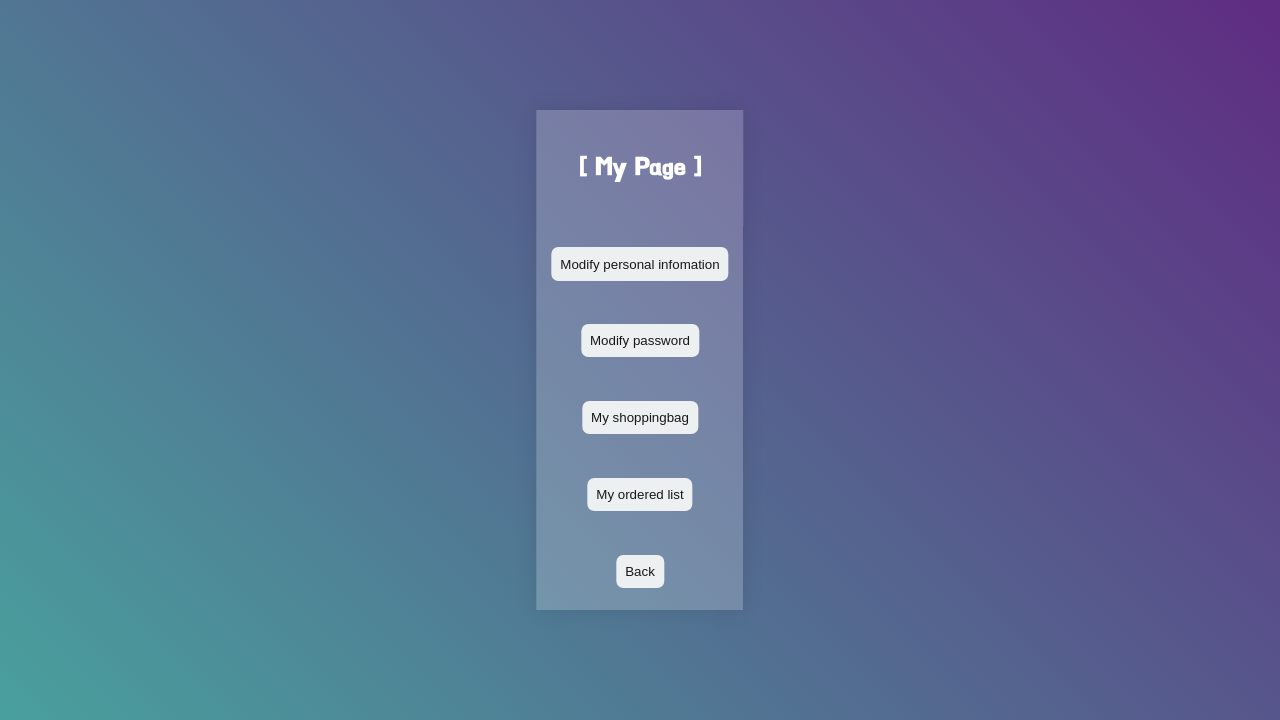
Repository: MIR013/KNU_DB_Project_Team5
Page: http://localhost/Databaase/my_page.html
An editor plug-in stored every save of this project. The page is shown before and after the next save, followed by the edit.
The browser window is 1280 px wide. The pictures show the whole page.
The page is served by Tomcat 9. Nobody is signed in. The application's start-up code is not run.

Above is the page before, as saved 2018-11-22 12:27:46.

After the next save:
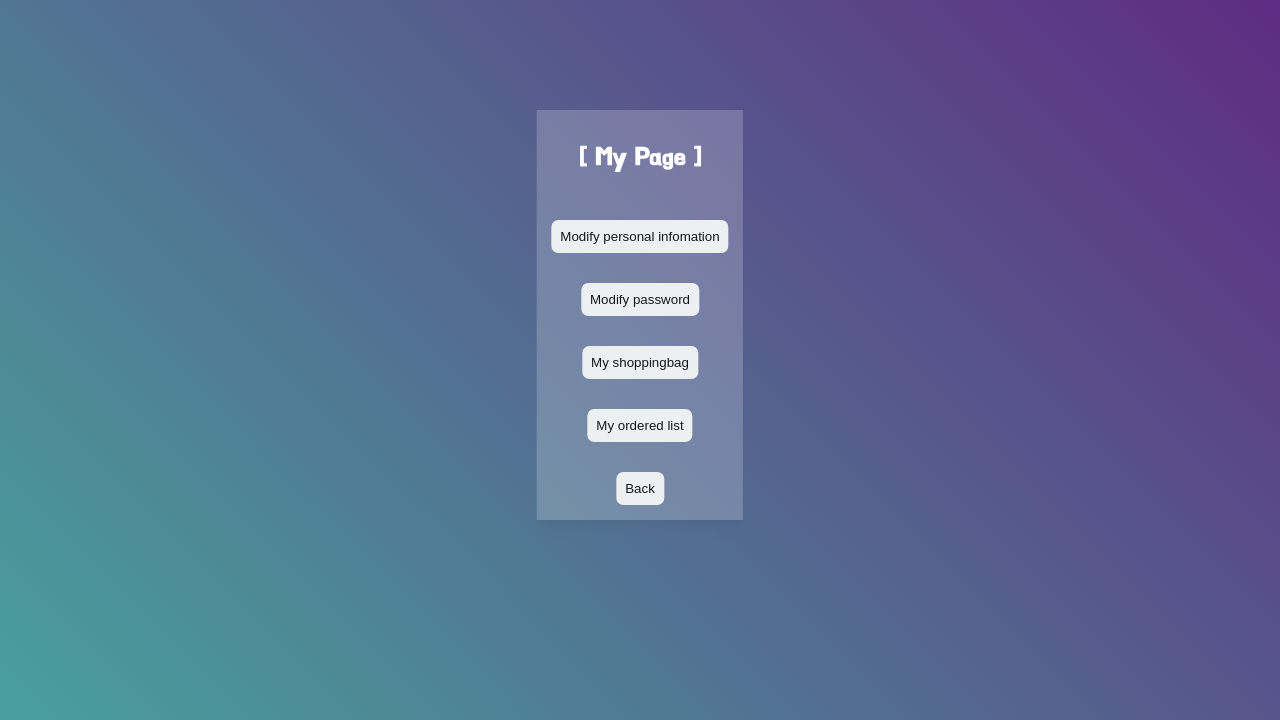
Saved 38 s later.
--- a/dbphase/Databaase/WebContent/mystyle.css
+++ b/dbphase/Databaase/WebContent/mystyle.css
@@ -48,6 +48,8 @@ body {
 }
 
 .container {
+	height:500px;
+	overflow: auto;
 	position: absolute;
 	top: 50%;
 	left: 50%;
@@ -56,9 +58,8 @@ body {
 
 table {
 	/*width: 800px;*/
-	height:500px;
+	overflow: hidden;
 	border-collapse: collapse;
-	overflow: auto;
 	box-shadow: 0 0 20px rgba(0,0,0,0.1);
 }
 
